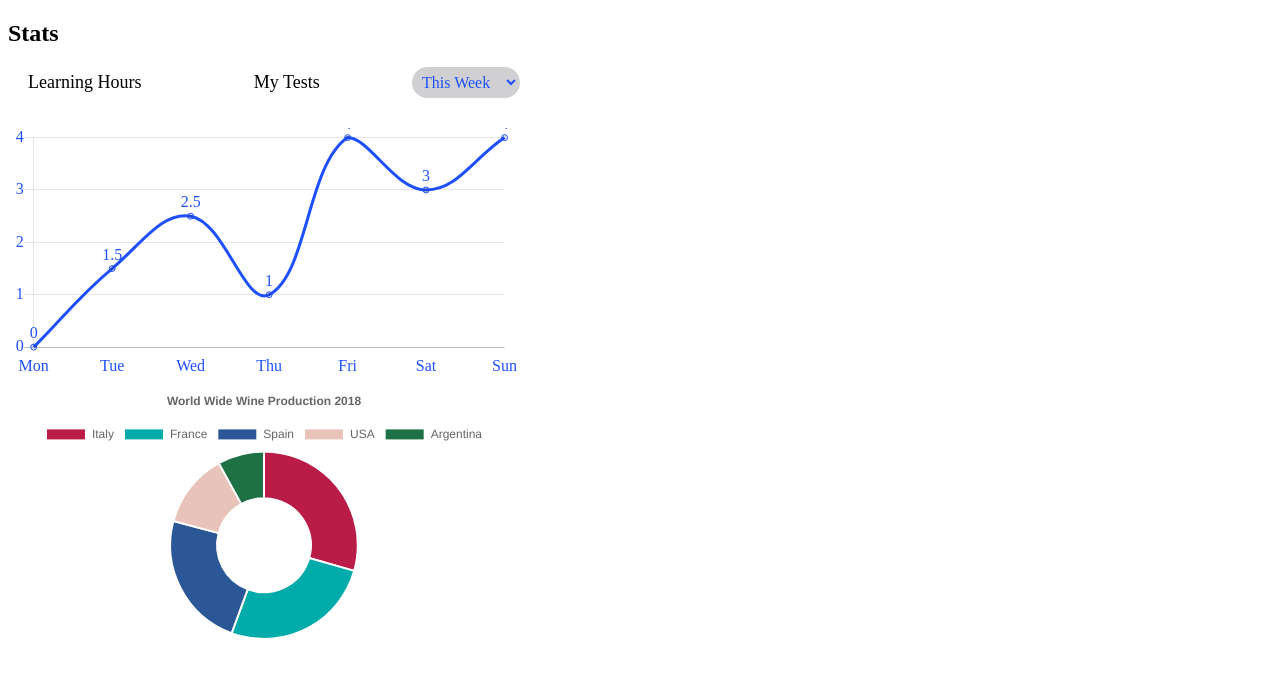
Repository: rafalzacher1/smartify-interface
Page: graphs/learning_graph.html
These files come from the project's save history. The page is drawn as it stood at one moment and after the next save; the edit follows.
The browser window is 1280 px wide. The pictures show the whole page.
Some web fonts or font styles are not loaded; a fallback is used. Some web libraries are served in a nearby version.

Above is the page before, as saved 2022-06-30 01:01:57.

After the next save:
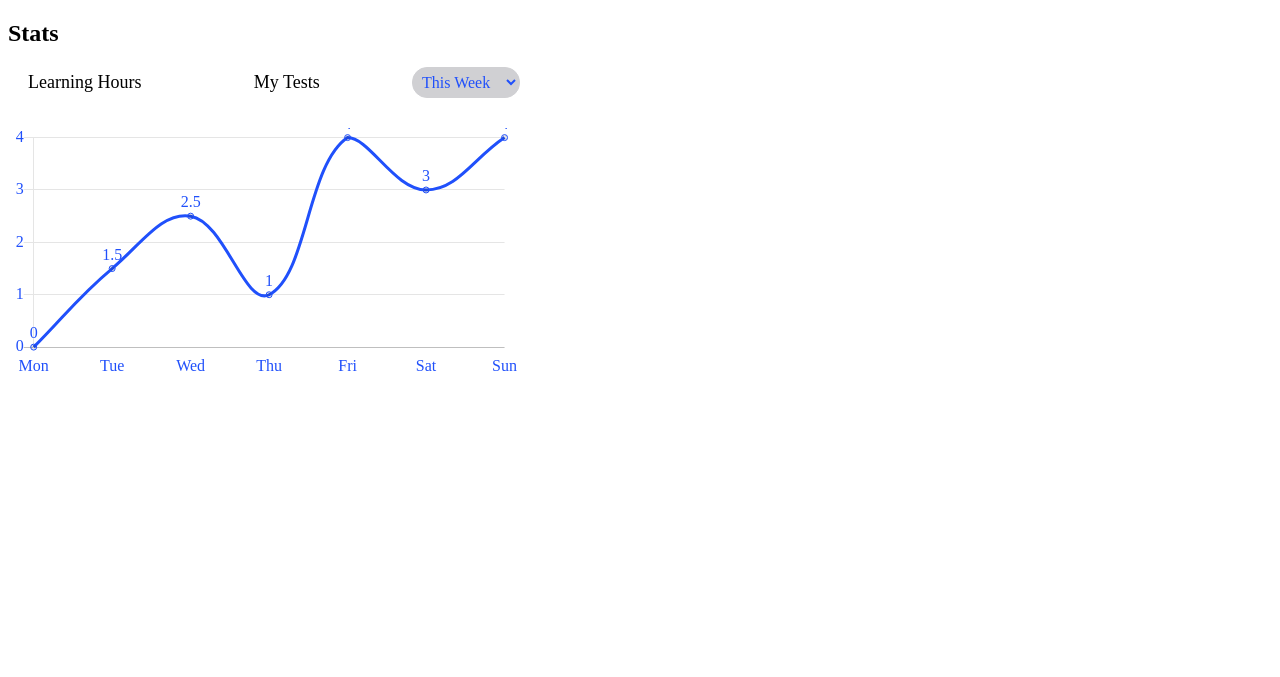
Console error: SyntaxError: Unexpected token 'var'
Saved 16 s later.
--- a/graphs/scripts/tests.js
+++ b/graphs/scripts/tests.js
@@ -29,7 +29,9 @@
         data: ["Italy", "France", "Spain", "USA", "Argentina"],
       },
     ],
-}
+};
+
+var
 
 var ctx = document.getElementById('tests').getContext('2d');
 var LearningHoursChar = new Chart(ctx, {

After the 2 saves that followed:
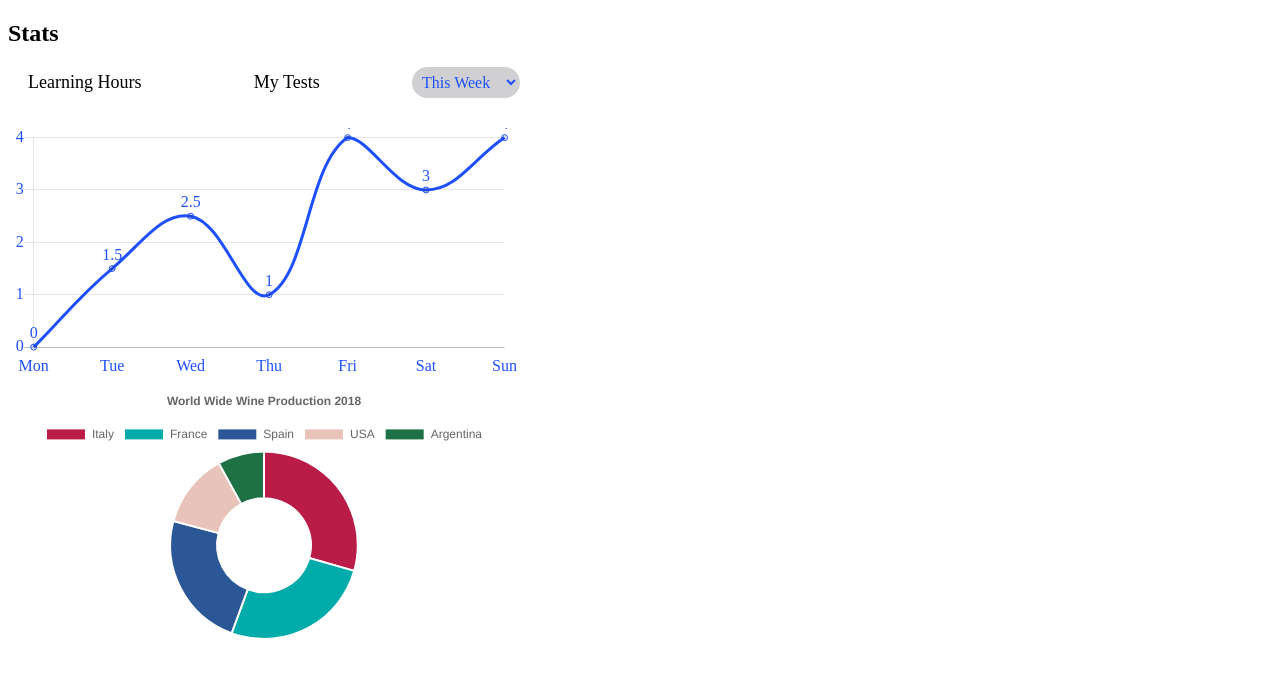
The error is gone.
The 2 saves are shown as one change because they came seconds apart.
The last was saved 6 s later.
--- a/graphs/scripts/tests.js
+++ b/graphs/scripts/tests.js
@@ -31,7 +31,9 @@
     ],
 };
 
-var
+var testsOption = {
+
+}
 
 var ctx = document.getElementById('tests').getContext('2d');
 var LearningHoursChar = new Chart(ctx, {
